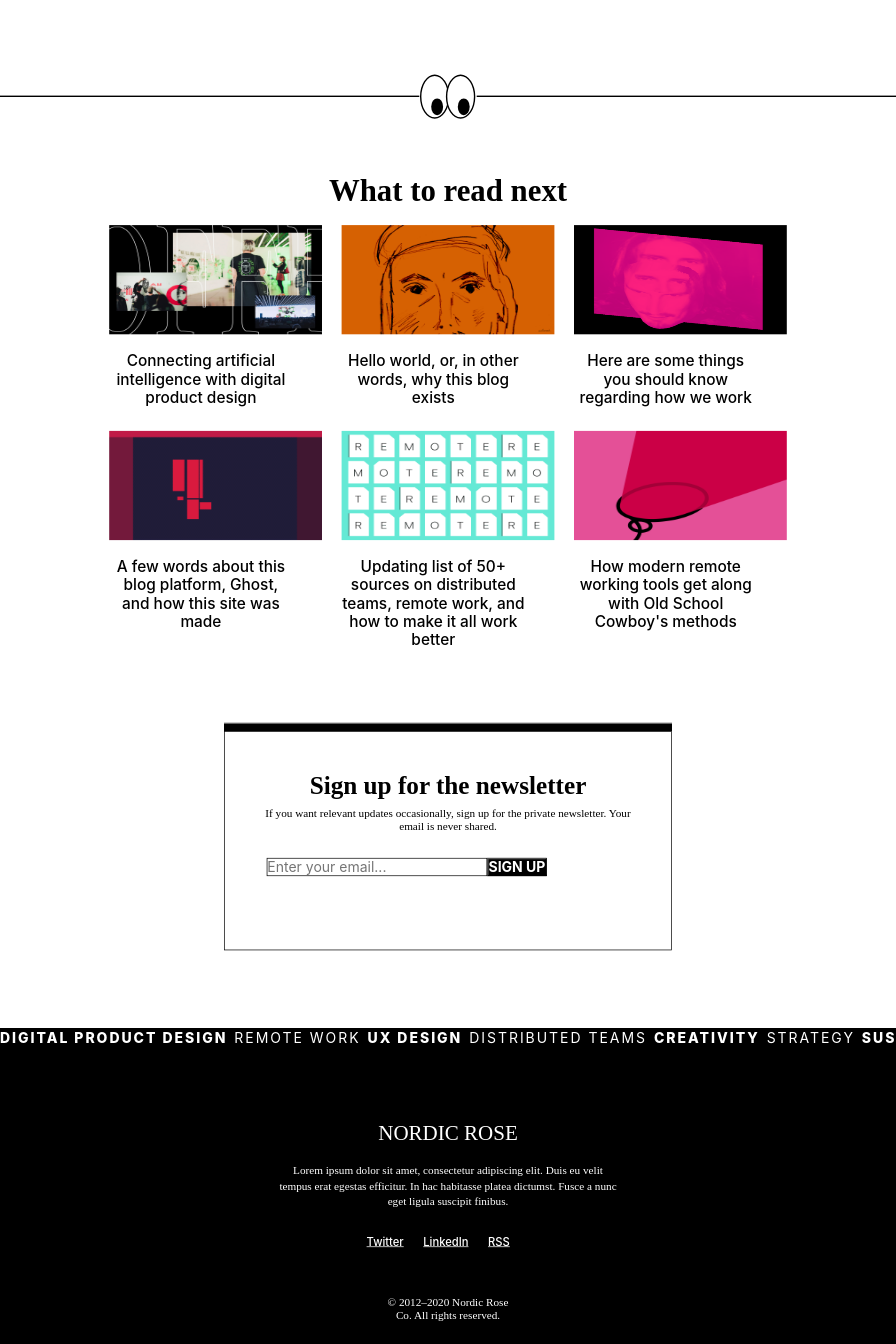
Repository: ThuTrang-jvb/JVB-BT1
Page: Page 3/article.html
The author's editor kept a copy of each file at every save. The page is drawn from the files as they stood at one save, then again after a run of saves.
The browser window is 1280 px wide. The pictures show the part of the page from y = 3931 to 5851 px (the page is 5851 px tall before and 5805 px after), at 70% of full size.

Above is the page before, as saved 2025-06-30 10:19:28.

After the next 2 saves:
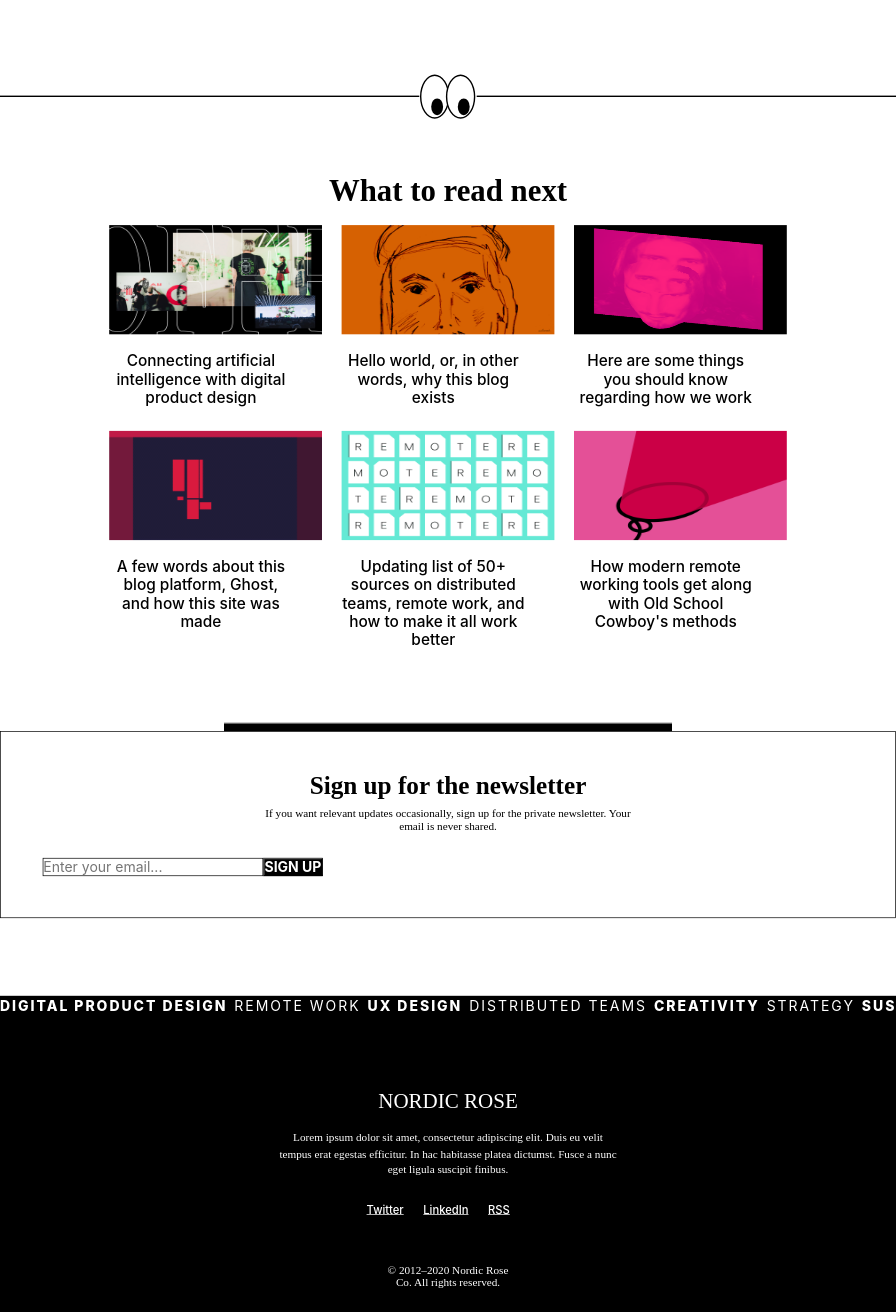
The 2 saves are shown as one change because they came seconds apart.
The last was saved 58 s later.
--- a/Page 3/styleArticle.css
+++ b/Page 3/styleArticle.css
@@ -418,8 +418,6 @@ h3 {
     padding-bottom: 59px;
 }
 .frame {
-    width: 640px;
-    height: 313px;
     border: 1px solid #000000;
     display: block;
     margin: 0 auto 111px;
